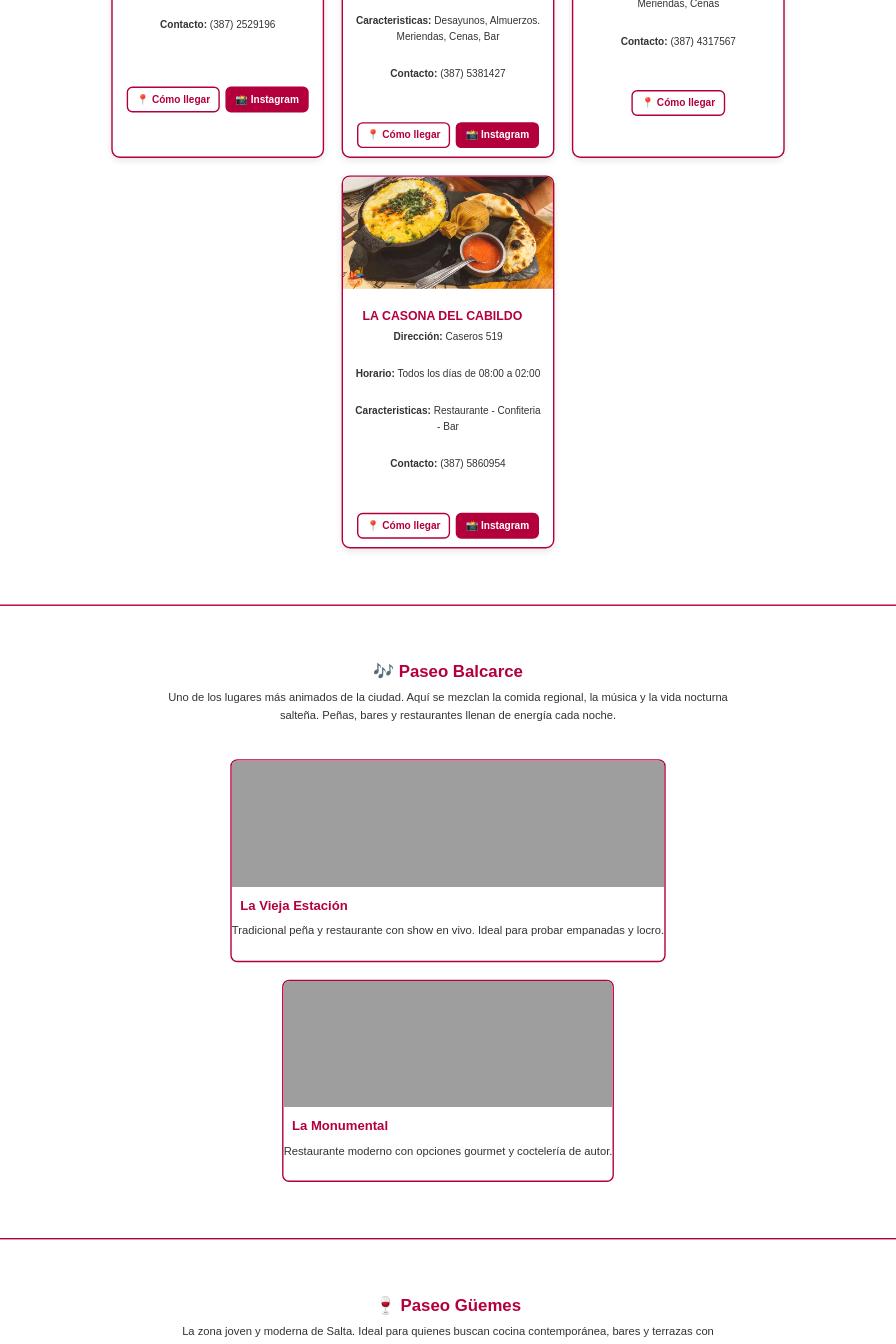
Repository: nahir95/come-en-salta
Page: restaurantes.html
The author's editor kept a copy of each file at every save. The page is drawn from the files as they stood at one save, then again after the next save.
The browser window is 1280 px wide. The pictures show the part of the page from y = 1512 to 3432 px (the page is 5606 px tall before and 6187 px after), at 70% of full size.
Pictures or frames that could not be fetched are drawn as grey boxes.

Above is the page before, as saved 2025-11-12 02:25:28.

### restaurantes.html
<!doctype html>
<html lang="es">
<head>
  <meta charset="utf-8" />
  <meta name="viewport" content="width=device-width, initial-scale=1" />
  <title>Restaurantes - Comé en Salta</title>
  <link rel="stylesheet" href="style.css">
</head>

<body>
  <header>
    <h1>Comé en Salta</h1>
    <nav>
      <a href="index.html">Inicio</a>
      <a href="restaurantes.html">Restaurantes</a>
      <a href="penas.html">Peñas</a>
      <a href="#contacto">Contacto</a>
    </nav>
  </header>

  <main class="restaurantes">
    <section class="intro">
      <h2>Los mejores lugares para disfrutar en Salta</h2>
      <p>Explorá los sabores salteños en cada rincón de la ciudad. Desde el corazón histórico hasta los paseos más modernos, la gastronomía local te invita a vivir experiencias únicas.</p>
    </section>

    <!-- PLAZA 9 DE JULIO -->
<section id="plaza9" class="zona">
  <h2>🍽️ Plaza 9 de Julio</h2>
  <p>El corazón histórico de Salta ofrece restaurantes con encanto colonial, ideales para disfrutar de la gastronomía local frente a la plaza principal.</p>

  <div class="zona-grid">

    <!-- Restaurante 1 -->
    <article class="card restaurante">
      <img src="imagenes/cafe-catedral.jpeg" alt="El Solar del Convento">
      <div class="card-content">
        <h3>CAFE CATEDRAL</h3>
        <p><strong>Dirección:</strong> Bartolomé Mitre 95</p>
        <p><strong>Horarios:</strong> Lunes a Viernes: 7:00 a 22:00 - Sabado: 7:00 a 14:00</p>
        <p><strong>Caracteristicas:</strong> Desayunos, Almuerzos, Meriendas</p>
        <p><strong>Contacto:</strong> (387) 4317756 - (387) 5323658</p>
        <div class="btns-resto">
          <a href="https://maps.app.goo.gl/VMKrjFsvunXBDcr2A" target="_blank" class="btn">📍 Cómo llegar</a>
          <a href="https://www.instagram.com/cafecatedral_?igsh=MnE1amYwa3dqeDF6" target="_blank" class="btn btn-secundario">📸 Instagram</a>
        </div>
      </div>
    </article>

    <!-- Restaurante 2 -->
    <article class="card restaurante">
      <img src="https://images.unsplash.com/photo-1565299624946-b28f40a0ae38?w=800" alt="Fritito">
      <div class="card-content">
        <h3>FRITITO</h3>
        <p><strong>Dirección:</strong> Bartolome Mitre 85</p>
        <p><strong>Horario:</strong> Todos los días de 10:00 a 23:00</p>
        <p><strong>Caracteristicas:</strong> Comidas Rapidas - Fries & Burger</p>
        <p><strong>Contacto:</strong> (387) 5742741</p> <br> <br>
        <div class="btns-resto">
          <a href="https://maps.app.goo.gl/fA5zTu5r4aBTFWrC6?g_st=aw" target="_blank" class="btn">📍 Cómo llegar</a>
          <a href="https://www.instagram.com/fritito.salta?igsh=MXFieXNvZHdlZHZzZg==" target="_blank" class="btn btn-secundario">📸 Instagram</a>
        </div>
      </div>
    </article>

    <!-- Restaurante 3 -->
     <article class="card restaurante">
      <img src="imagenes/carrusel-1.jpg" alt="El Wey">
      <div class="card-content">
        <h3>EL WEY</h3>
        <p><strong>Dirección:</strong> Bartolome Mitre 81</p>
        <p><strong>Horario:</strong> Todos los días de 12:00 a 16:00 y de 19:00 a 00:00</p>
        <p><strong>Caracteristicas:</strong> Comida Mexicana: Tacos</p>
        <p><strong>Contacto:</strong> (387) 5157868</p> <br>
        <div class="btns-resto">
          <a href="https://maps.app.goo.gl/HWUzTfTShyvQshCx5?g_st=aw" target="_blank" class="btn">📍 Cómo llegar</a>
          <a href="https://www.instagram.com/el_wey_tacos?igsh=Mzk2ZTZzdmM3N3g5" target="_blank" class="btn btn-secundario">📸 Instagram</a>
        </div>
      </div>
     </article>

     <!-- Restaurante 4 -->
      <article class="card restaurante">
        <img src="imagenes/cafe-catedral.jpeg" alt="Yako">
        <div class="card-content">
          <h3>YAKO MAAM</h3>
          <P><strong>Dirección:</strong> Bartolome Mitre 77</P>
          <p><strong>Horario:</strong> Todos los dias de 08:00 a 23:30</p>
          <p><strong>Caracteristicas:</strong> Cocina de Altura con técnicas de alta calidad.</p>
          <p><strong>Contacto:</strong> (387) 2529196</p> <br> <br>
           <div class="btns-resto">
          <a href="https://maps.app.goo.gl/gud9KhsUfRgktwaAA?g_st=aw" target="_blank" class="btn">📍 Cómo llegar</a>
          <a href="https://www.instagram.com/yako.maam?igsh=ZW82NnRrNmltaHpj" target="_blank" class="btn btn-secundario">📸 Instagram</a>
        </div>
        </div>
      </article>

       <!-- Restaurante 5 -->
     <article class="card restaurante">
      <img src="imagenes/carrusel-1.jpg" alt="Tuna Cocina">
      <div class="card-content">
        <h3>TUNA COCINA</h3>
        <p><strong>Dirección:</strong> Bartolome Mitre 37 - Galeria El Palacio</p>
        <p><strong>Horario:</strong> Lunes a Jueves y Domingos: 07:00 a 01:00 - Los Viernes y Sabados: 07:00 a 02:00</p>
        <p><strong>Caracteristicas:</strong> Desayunos, Almuerzos. Meriendas, Cenas, Bar</p>
        <p><strong>Contacto:</strong> (387) 5381427</p> <br>
        <div class="btns-resto">
          <a href="https://maps.app.goo.gl/PCjznmCm7fmgmqhf8?g_st=aw" target="_blank" class="btn">📍 Cómo llegar</a>
          <a href="https://www.instagram.com/tunacocina?igsh=bWRpaGdxN2wyMXRj" target="_blank" class="btn btn-secundario">📸 Instagram</a>
        </div>
      </div>
     </article>

      <!-- Restaurante 6 -->
     <article class="card restaurante">
      <img src="imagenes/carrusel-1.jpg" alt="New Time">
      <div class="card-content">
        <h3>NEW TIME</h3>
        <p><strong>Dirección:</strong> Caseros 602</p>
        <p><strong>Horario:</strong> Lunes a Viernes: 08:00 a 02:00 - Sabados y Domingos: 06:00 a 02:00</p>
        <p><strong>Caracteristicas:</strong> Desayunos, Almuerzos, Meriendas, Cenas</p>
        <p><strong>Contacto:</strong> (387) 4317567</p> <br>
        <div class="btns-resto">
          <a href="https://maps.app.goo.gl/SDz5q4yyxKZGqRi97?g_st=aw" target="_blank" class="btn">📍 Cómo llegar</a>
        </div>
      </div>
     </article>

      <!-- Restaurante 7 -->
     <article class="card restaurante">
      <img src="imagenes/carrusel-1.jpg" alt="La Casona del Cabildo">
      <div class="card-content">
        <h3>LA CASONA DEL CABILDO</h3>
        <p><strong>Dirección:</strong> Caseros 519</p>
        <p><strong>Horario:</strong> Todos los días de 08:00 a 02:00</p>
        <p><strong>Caracteristicas:</strong> Restaurante - Confiteria - Bar</p>
        <p><strong>Contacto:</strong> (387) 5860954</p> <br>
        <div class="btns-resto">
          <a href="https://maps.app.goo.gl/SqyFGXWdCELtACJa8?g_st=aw" target="_blank" class="btn">📍 Cómo llegar</a>
          <a href="https://www.instagram.com/lacasonadelcabildo?igsh=MThnNnZqaWN6cmZneg==" target="_blank" class="btn btn-secundario">📸 Instagram</a>
        </div>
      </div>
     </article>




  </div>
</section>


    <!-- PASEO BALCARCE -->
    <section id="balcarce" class="zona">
      <h2>🎶 Paseo Balcarce</h2>
      <p>Uno de los lugares más animados de la ciudad. Aquí se mezclan la comida regional, la música y la vida nocturna salteña. Peñas, bares y restaurantes llenan de energía cada noche.</p>

      <div class="zona-grid">
        <article class="card">
          <img src="https://images.unsplash.com/photo-1528605248644-14dd04022da1?w=800" alt="Paseo Balcarce Salta">
          <h3>La Vieja Estación</h3>
          <p>Tradicional peña y restaurante con show en vivo. Ideal para probar empanadas y locro.</p>
        </article>
        <article class="card">
          <img src="https://images.unsplash.com/photo-1600891964599-f61ba0e24092?w=800" alt="Restaurante moderno en Balcarce">
          <h3>La Monumental</h3>
          <p>Restaurante moderno con opciones gourmet y coctelería de autor.</p>
        </article>
      </div>
    </section>

    <!-- PASEO GÜEMES -->
    <section id="guemes" class="zona">
      <h2>🍷 Paseo Güemes</h2>
      <p>La zona joven y moderna de Salta. Ideal para quienes buscan cocina contemporánea, bares y terrazas con estilo. Un punto de encuentro entre turistas y locales.</p>

      <div class="zona-grid">
        <article class="card">
          <img src="https://images.unsplash.com/photo-1615719413546-198b25453f85?w=800" alt="Paseo Güemes">
          <h3>El Charrúa</h3>
          <p>Especialidad en carnes a la parrilla y vinos de altura. Un clásico salteño imperdible.</p>
        </article>
        <article class="card">
          <img src="https://images.unsplash.com/photo-1551218808-94e220e084d2?w=800" alt="Café moderno">
          <h3>Baco Resto Bar</h3>
          <p>Ambiente moderno y excelente coctelería, ideal para compartir entre amigos.</p>
        </article>
      </div>
    </section>

    <!-- CADENAS DE COMIDAS RÁPIDAS -->
    <section id="rapidas" class="zona">
      <h2>🍔 Cadenas de Comidas Rápidas</h2>
      <p>También hay opciones para quienes buscan algo rápido y conocido. Las principales cadenas se encuentran cerca del centro y los shoppings.</p>

      <ul class="lista-rapidas">
        <li>McDonald’s – Shopping Alto NOA</li>
        <li>Burger King – Caseros 500</li>
        <li>Mostaza – Paseo Güemes</li>
        <li>Subway – Balcarce 50</li>
      </ul>
    </section>

    <!-- EXTRA: RESTAURANTES DESTACADOS -->
    <section id="destacados" class="zona">
      <h2>⭐ Recomendados por los turistas</h2>
      <p>Según visitantes y locales, estos son algunos de los restaurantes imperdibles para vivir la experiencia completa de la gastronomía salteña.</p>
      <div class="zona-grid">
        <article class="card">
          <img src="https://images.unsplash.com/photo-1504674900247-0877df9cc836?w=800" alt="Empanadas salteñas">
          <h3>Doña Salta</h3>
          <p>Empanadas caseras, locro y guisos típicos en un ambiente colonial.</p>
        </article>
        <article class="card">
          <img src="https://images.unsplash.com/photo-1601924582971-c8b28a3a13f1?w=800" alt="Locro salteño">
          <h3>El Patio de la Empanada</h3>
          <p>Conocido por su sabor auténtico y precios populares. Ideal para turistas.</p>
        </article>
      </div>
    </section>
  </main>

  <footer>
    Creado con ❤️ por Comé en Salta · 2025
  </footer>
</body>
</html>

### style.css
/* ==========================
   ESTILOS GENERALES
========================== */
body {
  margin: 0;
  font-family: 'Poppins', sans-serif;
  background-color: #fff;
  color: #000;
}

/* ==========================
   HEADER
========================== */
header {
  display: flex;
  justify-content: space-between;
  align-items: center;
  background-color: #fff;
  padding: 15px 30px;
  border-bottom: 3px solid #b3003c;
}

header h1 {
  color: #b3003c;
  font-size: 1.6rem;
}

nav {
  display: flex;
  gap: 25px;
}

nav a {
  text-decoration: none;
  color: #000;
  font-weight: 600;
  transition: color 0.3s ease;
}

nav a:hover {
  color: #b3003c;
}

/* ==========================
   CARRUSEL (HERO)
========================== */
.hero {
  position: relative;
  width: 100%;
  overflow: hidden;
}

.carousel-container {
  position: relative;
  width: 100%;
  height: 80vh;
}

.carousel {
  display: flex;
  width: 300%;
  transition: transform 0.8s ease-in-out;
}

.carousel img {
  width: 100%;
  height: 80vh;
  object-fit: cover;
  filter: brightness(0.7);
}

/* Botones del carrusel */
.btn-carrusel {
  position: absolute;
  top: 50%;
  transform: translateY(-50%);
  background-color: rgba(179, 0, 60, 0.8);
  color: white;
  border: none;
  font-size: 2rem;
  padding: 10px 15px;
  cursor: pointer;
  border-radius: 50%;
  transition: background 0.3s ease;
}

.btn-carrusel:hover {
  background-color: #b3003c;
}

#prev { left: 20px; }
#next { right: 20px; }

/* Texto sobre el carrusel */
.overlay {
  position: absolute;
  top: 50%;
  left: 50%;
  transform: translate(-50%, -50%);
  color: white;
  text-align: center;
  text-shadow: 0 2px 5px rgba(0,0,0,0.7);
}

.overlay h2 {
  font-size: 2rem;
  color: #fff;
  margin-bottom: 10px;
}

.overlay p {
  font-size: 1.2rem;
}

/* ==========================
   SECCIÓN INICIO
========================== */
.inicio {
  text-align: center;
  padding: 80px 20px;
  background-color: #fff;
}

.inicio h2 {
  color: #b3003c;
  font-size: 2rem;
  margin-bottom: 15px;
}

.inicio p {
  max-width: 800px;
  margin: 0 auto 30px auto;
  color: #333;
  line-height: 1.6;
}

/* BOTONES PRINCIPALES */
.inicio-buttons .btn {
  display: inline-block;
  margin: 10px;
  padding: 12px 24px;
  border: 2px solid #b3003c;
  border-radius: 8px;
  color: #b3003c;
  background: transparent;
  text-decoration: none;
  font-weight: 600;
  transition: all 0.3s ease;
}

.inicio-buttons .btn:hover {
  background: #b3003c;
  color: white;
}
/* ==========================
   SECCIÓN "POR QUÉ COMER EN SALTA"
========================== */
.porque {
  text-align: center;
  padding: 60px 20px;
  background-color: #f7f7f7;
  border-top: 2px solid #b3003c;
  border-bottom: 2px solid #b3003c;
}

.porque h2 {
  color: #b3003c;
  margin-bottom: 15px;
}

.porque p {
  max-width: 800px;
  margin: auto;
  font-size: 1.1rem;
  color: #333;
  line-height: 1.6;
}

/* ==========================
   SABORES
========================== */
.sabores {
  padding: 60px 20px;
  background-color: #fff;
  text-align: center;
}

.sabores h2 {
  color: #b3003c;
  margin-bottom: 25px;
}

.sabores-grid {
  display: grid;
  grid-template-columns: repeat(auto-fit, minmax(220px, 1fr));
  gap: 25px;
}

.plato {
  background: #fff;
  border-radius: 12px;
  border: 2px solid #b3003c;
  overflow: hidden;
  transition: transform 0.3s ease, box-shadow 0.3s ease;
}

.plato:hover {
  transform: scale(1.05);
  box-shadow: 0 4px 12px rgba(0,0,0,0.15);
}

.plato img {
  width: 100%;
  height: 160px;
  object-fit: cover;
}

.plato h3 {
  padding: 12px;
  color: #b3003c;
}

/* ==========================
   FRASE FINAL
========================== */
.frase {
  background: #b3003c;
  color: white;
  text-align: center;
  padding: 40px 10px;
  font-style: italic;
  font-size: 1.2rem;
}

/* ==========================
   FOOTER
========================== */
footer {
  background-color: #fff;
  color: #333;
  text-align: center;
  padding: 20px;
  border-top: 3px solid #b3003c;
  font-weight: 500;
}
.carousel-container {
  position: relative;
  overflow: hidden;
  width: 100%;
  height: 400px;
}

.carousel {
  display: flex;
  transition: transform 1s ease;
  width: 100%;
  height: 100%;
}

.carousel img {
  flex: 0 0 100%;
  width: 100%;
  height: 100%;
  object-fit: cover;
}
/* ==========================
   RESTAURANTES
========================== */
.restaurantes .intro {
  text-align: center;
  padding: 60px 20px;
}

.restaurantes .intro h2 {
  color: #b3003c;
  margin-bottom: 10px;
}

.restaurantes .zona {
  padding: 60px 20px;
  border-top: 2px solid #b3003c;
  background-color: #fff;
}

.restaurantes .zona h2 {
  color: #b3003c;
  margin-bottom: 10px;
  text-align: center;
}

.restaurantes .zona p {
  text-align: center;
  max-width: 800px;
  margin: 0 auto 30px auto;
  line-height: 1.6;
  color: #333;
}

.zona-grid {
  display: grid;
  grid-template-columns: repeat(auto-fit, minmax(250px, 1fr));
  gap: 25px;
}

.card {
  background: #fff;
  border: 2px solid #b3003c;
  border-radius: 10px;
  overflow: hidden;
  transition: transform 0.3s ease, box-shadow 0.3s ease;
}

.card:hover {
  transform: scale(1.05);
  box-shadow: 0 4px 12px rgba(0,0,0,0.15);
}

.card img {
  width: 100%;
  height: 180px;
  object-fit: cover;
}

.card h3 {
  margin: 12px;
  color: #b3003c;
}

.card p {
  margin: 0 12px 15px 12px;
  color: #333;
}

.lista-rapidas {
  max-width: 600px;
  margin: 0 auto;
  list-style: none;
  padding: 0;
  text-align: center;
}

.lista-rapidas li {
  background: #f8f8f8;
  border: 1px solid #b3003c;
  padding: 10px;
  border-radius: 6px;
  margin-bottom: 8px;
  color: #333;
  transition: background 0.3s;
}

.lista-rapidas li:hover {
  background: #b3003c;
  color: white;
}
/* === Contenedor general de las tarjetas === */
.zona-grid {
  display: flex;
  flex-wrap: wrap;
  justify-content: center; /* 🔹 centra todas las tarjetas */
  gap: 25px; /* espacio entre tarjetas */
  max-width: 1000px; /* 🔹 limita el ancho total del grid */
  margin: 0 auto; /* centra el bloque en la página */
  padding: 20px;
}

/* === Tarjetas de restaurantes === */
.restaurante {
  background: #fff;
  border: 2px solid #b3003c;
  border-radius: 12px;
  overflow: hidden;
  flex: 1 1 calc(33.333% - 40px); /* 🔹 3 por fila con espacio */
  max-width: 300px; /* evita que crezcan demasiado */
  box-shadow: 0 4px 10px rgba(0,0,0,0.1);
  transition: transform 0.3s ease, box-shadow 0.3s ease;
}

.restaurante:hover {
  transform: translateY(-5px);
  box-shadow: 0 6px 16px rgba(0,0,0,0.15);
}

.restaurante img {
  width: 100%;
  height: 160px;
  object-fit: cover;
}

.restaurante .card-content {
  padding: 12px 16px;
}

.restaurante h3 {
  color: #b3003c;
  font-size: 1.1rem;
  margin-bottom: 8px;
}

.restaurante p {
  color: #333;
  margin: 4px 0;
  font-size: 0.9rem;
}

/* === Botones === */
.btns-resto {
  display: flex;
  justify-content: center;
  gap: 8px;
  margin-top: 10px;
  flex-wrap: wrap;
}

.btns-resto .btn {
  display: inline-block;
  text-align: center;
  padding: 8px 12px;
  border: 2px solid #b3003c;
  border-radius: 8px;
  text-decoration: none;
  color: #b3003c;
  font-weight: 600;
  transition: all 0.3s ease;
  font-size: 0.9rem;
}

.btns-resto .btn:hover {
  background: #b3003c;
  color: #fff;
}

.btns-resto .btn-secundario {
  background: #b3003c;
  color: #fff;
}

.btns-resto .btn-secundario:hover {
  background: transparent;
  color: #b3003c;
}

After the next save:
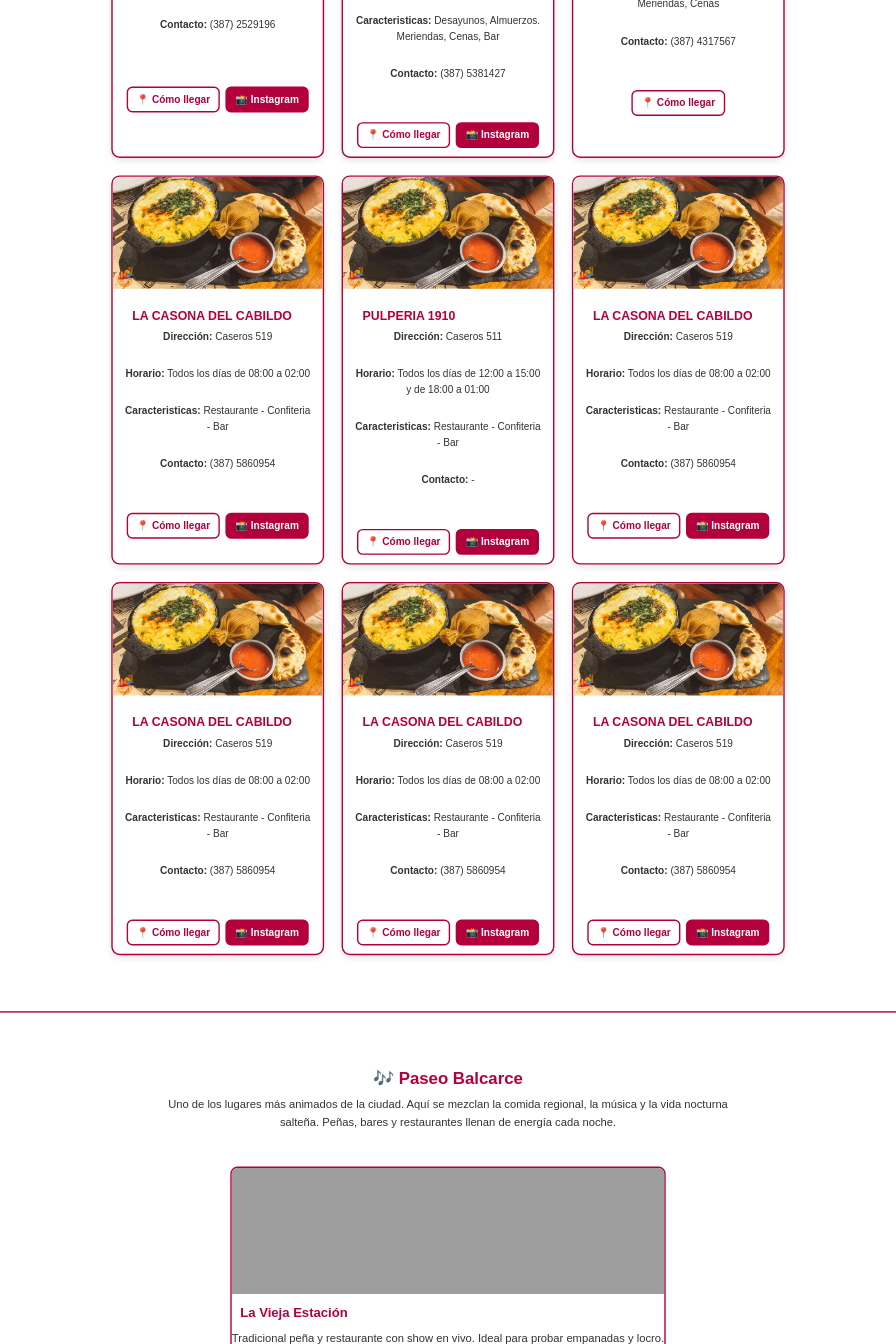
Saved 6 min 26 s later.
--- a/restaurantes.html
+++ b/restaurantes.html
@@ -142,6 +142,86 @@
       </div>
      </article>
 
+      <!-- Restaurante 8 -->
+     <article class="card restaurante">
+      <img src="imagenes/carrusel-1.jpg" alt="Pulperia 1910">
+      <div class="card-content">
+        <h3>PULPERIA 1910</h3>
+        <p><strong>Dirección:</strong> Caseros 511</p>
+        <p><strong>Horario:</strong> Todos los días de 12:00 a 15:00 y de 18:00 a 01:00</p>
+        <p><strong>Caracteristicas:</strong> Restaurante - Confiteria - Bar</p>
+        <p><strong>Contacto:</strong> - </p> <br>
+        <div class="btns-resto">
+          <a href="https://maps.app.goo.gl/pwbjSTetp75Qohrx8?g_st=aw" target="_blank" class="btn">📍 Cómo llegar</a>
+          <a href="https://www.instagram.com/pulperia.1910?igsh=dnhlMGJxeWgxdmh1" target="_blank" class="btn btn-secundario">📸 Instagram</a>
+        </div>
+      </div>
+     </article>
+
+      <!-- Restaurante 9 -->
+     <article class="card restaurante">
+      <img src="imagenes/carrusel-1.jpg" alt="La Casona del Cabildo">
+      <div class="card-content">
+        <h3>LA CASONA DEL CABILDO</h3>
+        <p><strong>Dirección:</strong> Caseros 519</p>
+        <p><strong>Horario:</strong> Todos los días de 08:00 a 02:00</p>
+        <p><strong>Caracteristicas:</strong> Restaurante - Confiteria - Bar</p>
+        <p><strong>Contacto:</strong> (387) 5860954</p> <br>
+        <div class="btns-resto">
+          <a href="https://maps.app.goo.gl/SqyFGXWdCELtACJa8?g_st=aw" target="_blank" class="btn">📍 Cómo llegar</a>
+          <a href="https://www.instagram.com/lacasonadelcabildo?igsh=MThnNnZqaWN6cmZneg==" target="_blank" class="btn btn-secundario">📸 Instagram</a>
+        </div>
+      </div>
+     </article>
+
+      <!-- Restaurante 10 -->
+     <article class="card restaurante">
+      <img src="imagenes/carrusel-1.jpg" alt="La Casona del Cabildo">
+      <div class="card-content">
+        <h3>LA CASONA DEL CABILDO</h3>
+        <p><strong>Dirección:</strong> Caseros 519</p>
+        <p><strong>Horario:</strong> Todos los días de 08:00 a 02:00</p>
+        <p><strong>Caracteristicas:</strong> Restaurante - Confiteria - Bar</p>
+        <p><strong>Contacto:</strong> (387) 5860954</p> <br>
+        <div class="btns-resto">
+          <a href="https://maps.app.goo.gl/SqyFGXWdCELtACJa8?g_st=aw" target="_blank" class="btn">📍 Cómo llegar</a>
+          <a href="https://www.instagram.com/lacasonadelcabildo?igsh=MThnNnZqaWN6cmZneg==" target="_blank" class="btn btn-secundario">📸 Instagram</a>
+        </div>
+      </div>
+     </article>
+
+      <!-- Restaurante 11 -->
+     <article class="card restaurante">
+      <img src="imagenes/carrusel-1.jpg" alt="La Casona del Cabildo">
+      <div class="card-content">
+        <h3>LA CASONA DEL CABILDO</h3>
+        <p><strong>Dirección:</strong> Caseros 519</p>
+        <p><strong>Horario:</strong> Todos los días de 08:00 a 02:00</p>
+        <p><strong>Caracteristicas:</strong> Restaurante - Confiteria - Bar</p>
+        <p><strong>Contacto:</strong> (387) 5860954</p> <br>
+        <div class="btns-resto">
+          <a href="https://maps.app.goo.gl/SqyFGXWdCELtACJa8?g_st=aw" target="_blank" class="btn">📍 Cómo llegar</a>
+          <a href="https://www.instagram.com/lacasonadelcabildo?igsh=MThnNnZqaWN6cmZneg==" target="_blank" class="btn btn-secundario">📸 Instagram</a>
+        </div>
+      </div>
+     </article>
+
+      <!-- Restaurante 12 -->
+     <article class="card restaurante">
+      <img src="imagenes/carrusel-1.jpg" alt="La Casona del Cabildo">
+      <div class="card-content">
+        <h3>LA CASONA DEL CABILDO</h3>
+        <p><strong>Dirección:</strong> Caseros 519</p>
+        <p><strong>Horario:</strong> Todos los días de 08:00 a 02:00</p>
+        <p><strong>Caracteristicas:</strong> Restaurante - Confiteria - Bar</p>
+        <p><strong>Contacto:</strong> (387) 5860954</p> <br>
+        <div class="btns-resto">
+          <a href="https://maps.app.goo.gl/SqyFGXWdCELtACJa8?g_st=aw" target="_blank" class="btn">📍 Cómo llegar</a>
+          <a href="https://www.instagram.com/lacasonadelcabildo?igsh=MThnNnZqaWN6cmZneg==" target="_blank" class="btn btn-secundario">📸 Instagram</a>
+        </div>
+      </div>
+     </article>
+
 
 
 
